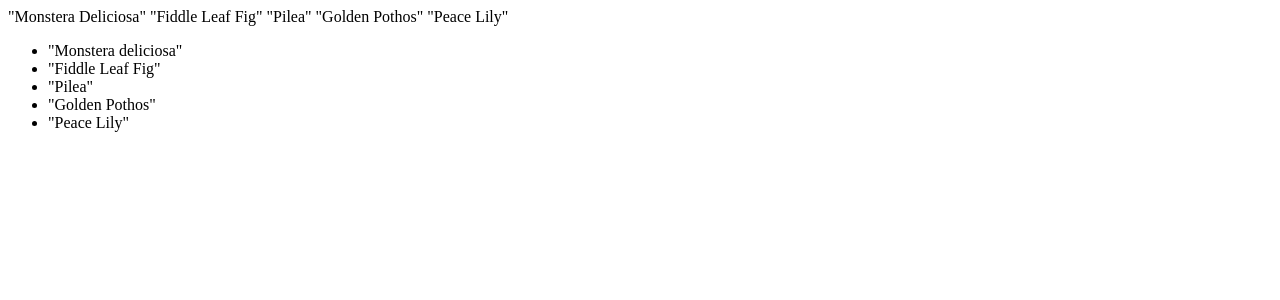
Repository: chiscobyte/README.md
Page: development/my_list.html
The author's editor kept a copy of each file at every save. The page is drawn from the files as they stood at one save, then again after the next save.
The browser window is 1280 px wide. The pictures show the whole page.

Above is the page before, as saved 2025-02-24 05:59:30.

### development/my_list.html
"Monstera Deliciosa"
"Fiddle Leaf Fig"
"Pilea"
"Golden Pothos"
"Peace Lily"

<ul>
    <li>"Monstera deliciosa"</li>
    <li>"Fiddle Leaf Fig"</li>
    <li>"Pilea"</li>
    <li>"Golden Pothos"</li>
    <li>"Peace Lily"</li>
</ul>

After the next save:
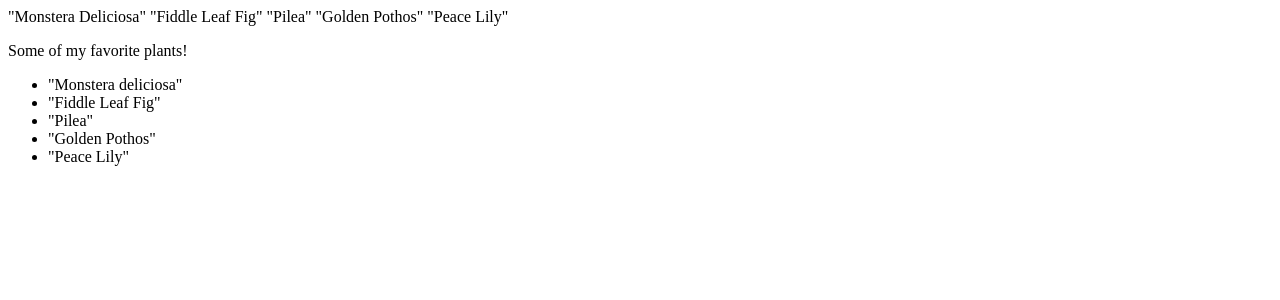
Saved 30 min 28 s later.
--- a/development/my_list.html
+++ b/development/my_list.html
@@ -3,7 +3,7 @@
 "Pilea"
 "Golden Pothos"
 "Peace Lily"
-
+<p>Some of my favorite plants!</p>
 <ul>
     <li>"Monstera deliciosa"</li>
     <li>"Fiddle Leaf Fig"</li>
